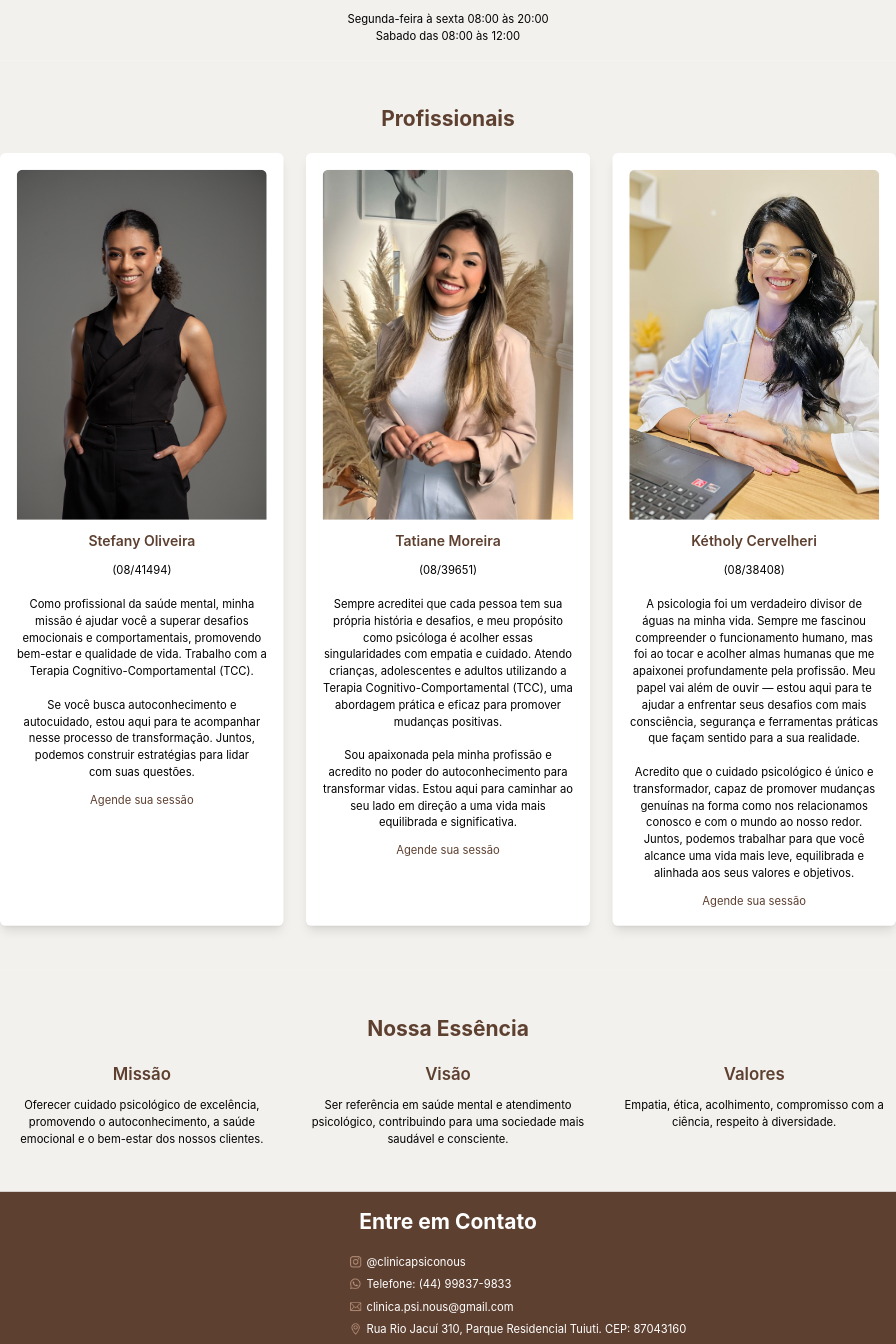
Repository: Mcervelheri/Nous
Page: /
These files come from the project's save history. The page is drawn as it stood at one moment and after the next save; the edit follows.
The browser window is 1280 px wide. The pictures show the part of the page from y = 1341 to 3261 px (the page is 3534 px tall), at 70% of full size.
The project was rebuilt for these pictures with package versions that can differ from the ones it lists, and the page was loaded fresh each time. Also part of the build but not shown: vite.config.js.

Above is the page before, as saved 2025-02-22 00:10:11.

### index.html
<!DOCTYPE html>
<html lang="en">
  <head>
    <meta charset="UTF-8" />
    <link rel="icon" type="image/svg+xml" href="/src/assets/logos/NOUS.png" />
    <meta name="viewport" content="width=device-width, initial-scale=1.0" />
    <title>Clínica NOUS</title>
  </head>
  <body>
    <div id="root"></div>
    <script type="module" src="/src/main.jsx"></script>
  </body>
</html>

### src/index.css
* {
  margin: 0;
  padding: 0;
  box-sizing: border-box;
}

@media (min-width: 768px) {
  .menu {
    display: flex !important;
  }

  .img_meninas {
    height: 500px;
  }
}

@media (max-width: 768px) {
  .img_meninas {
    height: 500px;
  }

  .inicio {
    flex-direction: column;
  }
}

@media (max-width: 570px) {
  .inicio p {
    text-align: center;
    font-size: 14px;
  }
}

html,
body {
  height: 100%;
  margin: 0;
  padding: 0;
}

#root {
  min-height: 100%;
  display: flex;
  flex-direction: column;
}

main {
  flex: 1;
  padding-bottom: 100px;
  /* Espaço suficiente para o footer */
}

footer {
  flex-shrink: 0;
  /* Isso impede que o footer encolha */
}

body {
  margin: 0;
  font-family: -apple-system, BlinkMacSystemFont, "Segoe UI", "Roboto", "Oxygen",
    "Ubuntu", "Cantarell", "Fira Sans", "Droid Sans", "Helvetica Neue",
    sans-serif;
  -webkit-font-smoothing: antialiased;
  -moz-osx-font-smoothing: grayscale;
}

code {
  font-family: source-code-pro, Menlo, Monaco, Consolas, "Courier New",
    monospace;
}

.map-container {
  height: 100%;
  width: 100%;
}

@tailwind base;
@tailwind components;
@tailwind utilities;

### src/App.jsx
import Footer from "./components/Footer";
import Header from "./components/Header";
import Main from "./components/Main";

function App() {
  return (
    <>
      <Header />
      <Main />
      <Footer />
    </>
  );
}

export default App;

### src/components/Footer.jsx
import React from "react";
import FooterLinksList from "./FooterLinksList";
import Map from "./Map";
import CopyWrite from "./CopyWrite";

const Footer = () => {
  return (
    <footer
      id="contato"
      className="bg-[#5e4031] text-white pt-6 mt-auto relative z-20"
    >
      <div className="container mx-auto flex flex-col items-center text-center">
        <div>
          <h2 className="text-3xl font-bold mb-6">Entre em Contato</h2>
          <FooterLinksList />
          <a
            href="/formulario"
            className="bg-[#bb947e] text-white px-6 py-3 rounded-lg hover:bg-[#c79165]"
          >
            Agende sua sessão
          </a>
        </div>
        <Map />
      </div>
      <CopyWrite />
    </footer>
  );
};

export default Footer;

### src/components/Header.jsx
import "react";
import { useState } from "react";
import NavLogo from "./NavLogo";
import HamburgerButton from "./HamburgerButton.jsx";
import NavLinks from "./NavLinks";
import logoNous from "/src/assets/logos/logo-nous.png";

const Header = () => {
  const [isOpen, setIsOpen] = useState(false);

  return (
    <nav className="bg-white w-full fixed z-30">
      <div className="max-w-7xl mx-auto px-4 sm:px-6 lg:px-8">
        <div className="flex justify-between items-center h-16">
          <NavLogo logoSrc={logoNous} alt="Logo NOUS" />
          <HamburgerButton isOpen={isOpen} onClick={() => setIsOpen(!isOpen)} />
          <NavLinks isOpen={isOpen} />
        </div>
      </div>
    </nav>
  );
};

export default Header;

### src/components/Main.jsx
import "react";
import Home from "./Home";
import About from "./About";
import Informations from "./Informations";
import Professionals from "./Professionals";
import Essence from "./Essence";

const Main = () => {
  return (
    <>
      <Home />
      <About />
      <Informations />
      <Professionals />
      <Essence />
    </>
  );
};

export default Main;

### src/components/FooterLinksList.jsx
import React from "react";
import FooterLinkData from "./FooterLinkData";
import FooterLink from "./FooterLink";

const FooterLinksList = () => {
  return (
    <div className="mb-4 lg:ml-48 md:ml-48">
      {FooterLinkData.map((FooterLinksList, index) => (
        <FooterLink key={index} {...FooterLinksList} />
      ))}
    </div>
  );
};

export default FooterLinksList;

### src/components/Map.jsx
import React from "react";

const Map = () => {
  return (
    <div className="map-container mt-6 flex justify-center">
      <iframe
        src="https://www.google.com/maps/embed?pb=!1m18!1m12!1m3!1d3661.7272371990225!2d-51.90296751489406!3d-23.39808284194116!2m3!1f0!2f0!3f0!3m2!1i1024!2i768!4f13.1!3m3!1m2!1s0x94ecd10509058b2f%3A0x8e8996fb5f8ad129!2sR.%20Rio%20Jacu%C3%AD%2C%20310%20-%20Conj.%20Res.%20Branca%20Vieira%2C%20Maring%C3%A1%20-%20PR%2C%2087043-160!5e0!3m2!1spt-BR!2sbr!4v1737847076201!5m2!1spt-BR!2sbr"
        width="100%"
        style={{ border: 0 }}
        allowFullScreen=""
        loading="lazy"
        referrerPolicy="no-referrer-when-downgrade"
      ></iframe>
    </div>
  );
};

export default Map;

### src/components/CopyWrite.jsx
import React from "react";

const CopyWrite = () => {
  return (
    <div className="bg-[#bb947e] text-white text-center mt-6 text-sm">
      <p>&copy; 2025 Todos os direitos reservados.</p>
      <p>Desenvolvido por: Matheus Cervelheri</p>
    </div>
  );
};

export default CopyWrite;

### src/components/NavLogo.jsx
import React from "react";

const NavLogo = ({ logoSrc, alt }) => (
  <div>
    <a href="#inicio">
      <img src={logoSrc} alt={alt} className="h-16" />
    </a>
  </div>
);

export default NavLogo;

### src/components/HamburgerButton.jsx
import React from "react";

const HamburgerButton = ({ isOpen, onClick }) => {
  return (
    <button
      className="relative flex flex-col justify-between w-10 h-10 p-2 md:hidden"
      onClick={onClick}
    >
      <span
        className={`block w-8 h-1 bg-[#5e4031] rounded transition-all duration-300 ease-in-out ${
          isOpen ? "rotate-45 translate-y-2.5" : ""
        }`}
      ></span>
      <span
        className={`block w-8 h-1 bg-[#5e4031] rounded transition-all duration-300 ease-in-out ${
          isOpen ? "opacity-0" : ""
        }`}
      ></span>
      <span
        className={`block w-8 h-1 bg-[#5e4031] rounded transition-all duration-300 ease-in-out ${
          isOpen ? "-rotate-45 -translate-y-2.5" : ""
        }`}
      ></span>
    </button>
  );
};

export default HamburgerButton;

### src/components/NavLinks.jsx
import React from "react";
import NavLink from "./NavLink";

const NavLinks = ({ isOpen }) => {
  const links = [
    { href: "#inicio", label: "Início" },
    { href: "#sobre", label: "Sobre" },
    { href: "#profissionais", label: "Profissionais" },
    { href: "#missao", label: "Missão" },
    { href: "#contato", label: "Agende", isButton: true },
  ];

  return (
    <div
      className={`
      absolute right-0 transform transition-all duration-300 ease-in-out
      md:flex md:items-center md:space-x-6 rounded-b-[1vw] menu
      ${
        isOpen
          ? "opacity-100 visible top-16 bg-white shadow-md z-10"
          : "opacity-0 invisible -top-96 md:visible md:opacity-100 md:static"
      }
    `}
    >
      {links.map((link) => (
        <NavLink key={link.href} href={link.href} isButton={link.isButton}>
          {link.label}
        </NavLink>
      ))}
    </div>
  );
};

export default NavLinks;

### src/components/Home.jsx
import "react";
import logoGrande from "/src/assets/logos/logo-nous-grande.png";

const Home = () => {
  return (
    <div id="inicio" className="relative h-screen">
      <div className="inicio fixed inset-0 flex items-center bg-[#bb947e] justify-center z-10 pointer-events-none">
        <div className="max-w-xl">
          <img src={logoGrande} alt="NOUS " className="img_inicio object-fit" />
        </div>
        <p className="text-xl max-w-2xl text-black mx-auto">
          Reconheça, compreenda, transforme-se.
        </p>
      </div>
    </div>
  );
};

export default Home;

### src/components/About.jsx
import React from "react";

const Sobre = () => {
  return (
    <div id="sobre" className="relative bg-[#f3f1ed] py-16 z-20">
      <div className="container mx-auto text-center">
        <h2 className="text-3xl font-bold mb-6 text-[#5e4031]">
          NOUS: Significado
        </h2>
        <p className="max-w-2xl mx-auto text-lg">
          O nome Nous vem do grego antigo e significa “mente”, “inteligência” ou
          “razão”. Na filosofia grega, Nous é a razão divina que governa o
          universo, trazendo ordem e harmonia ao cosmos. Para nós, esse conceito
          simboliza a importância do autoconhecimento e da inteligência
          emocional no cuidado com a saúde mental.
          <br></br>
          <br></br>
          Em nossa clínica, Nous representa nossa missão de cuidar da mente e
          promover o equilíbrio através da razão e do entendimento profundo dos
          sentimentos e pensamentos.
        </p>
      </div>
    </div>
  );
};

export default Sobre;

### src/components/Informations.jsx
import React from "react";

const Information = () => {
  return (
    <div id="Informacoes" className="relative bg-[#f3f1ed] py-6 z-20">
      <div className="container mx-auto text-center">
        <h2 className="text-3xl font-bold mb-6 text-[#5e4031]">
          Publico atendido
        </h2>
        <p className="max-w-2xl mx-auto text-lg">
          Crianças, adolescentes e adultos.
        </p>
        <br></br>
        <h2 className="text-3xl font-bold mb-6 text-[#5e4031]">Horários</h2>
        <p>Segunda-feira à sexta 08:00 às 20:00</p>
        <p>Sabado das 08:00 às 12:00</p>
      </div>
    </div>
  );
};

export default Information;

### src/components/Professionals.jsx
import React from "react";
import ProfessionalsList from "./ProfessionalsList";

const Professionals = () => {
  return (
    <>
      <div id="profissionais" className="relative bg-[#f3f1ed] py-16 z-20">
        <div className="container mx-auto text-center">
          <h2 className="text-3xl font-bold mb-8 text-[#5e4031]">
            Profissionais
          </h2>
          <ProfessionalsList />
        </div>
      </div>
    </>
  );
};

export default Professionals;

### src/components/Essence.jsx
import React from "react";
import EssenceList from "./EssenceList";

const Mission = () => {
  return (
    <div id="missao" className="py-16 relative bg-[#f3f1ed] z-20">
      <div className="container mx-auto text-center">
        <h2 className="text-3xl font-bold mb-8 text-[#5e4031]">
          Nossa Essência
        </h2>
        <div className="grid md:grid-cols-3 gap-8">
          <EssenceList />
        </div>
      </div>
    </div>
  );
};

export default Mission;

### src/components/FooterLinkData.jsx
import React from "react";
import instagram from "/src/assets/icones/instagram.png";
import whatsapp from "/src/assets/icones/whatsapp.png";
import mail from "/src/assets/icones/email.png";
import address from "/src/assets/icones/endereco.png";

const FooterLinkData = [
  {
    href: "https://www.instagram.com/clinicapsiconous",
    src: instagram,
    alt: "Instagram",
    description: "@clinicapsiconous",
  },
  {
    href: "https://wa.me/554498379833",
    src: whatsapp,
    alt: "Whatsapp",
    description: "Telefone: (44) 99837-9833",
  },
  {
    href: "mailto:clinica.psi.nous@gmail.com",
    src: mail,
    alt: "Email",
    description: "clinica.psi.nous@gmail.com",
  },
  {
    href: "https://maps.app.goo.gl/mNjhGvmNRAyKF6jt9",
    src: address,
    alt: "Endereço",
    description: "Rua Rio Jacuí 310, Parque Residencial Tuiuti. CEP: 87043160",
  },
];

export default FooterLinkData;

### src/components/FooterLink.jsx
import React from "react";

const FooterLink = ({ href, src, alt, description }) => {
  return (
    <a
      href={href}
      target="_blank"
      rel="noopener noreferrer"
      className="flex items-center justify-right"
    >
      <img src={src} alt={alt} className="m-2"></img>
      {description}
    </a>
  );
};

export default FooterLink;

### src/components/NavLink.jsx
import React from "react";

const NavLink = ({ href, children, isButton }) => {
  const baseClasses = "block px-4 py-2";
  const regularClasses = `${baseClasses} md:px-0 hover:text-[#bb947e]`;
  const buttonClasses = `${baseClasses} bg-[#bb947e] text-white px-4 py-2 rounded hover:bg-[#c79165]`;

  return (
    <a href={href} className={isButton ? buttonClasses : regularClasses}>
      {children}
    </a>
  );
};
export default NavLink;

### src/components/ProfessionalsList.jsx
import React from "react";
import Professional from "./Professional";
import professionalsData from "./ProfessionalsData";

const ProfessionalsList = () => {
  return (
    <div className="grid grid-cols-1 lg:grid-cols-3 gap-8">
      {professionalsData.map((professional, index) => (
        <Professional key={index} {...professional} />
      ))}
    </div>
  );
};

export default ProfessionalsList;

### src/components/EssenceList.jsx
import React from "react";
import EssenceItem from "./EssenceItem";
import EssenceItensData from "./EssenceItensData";

const EssenceList = () => {
  return (
    <>
      {EssenceItensData.map((item, index) => (
        <EssenceItem key={index} {...item} />
      ))}
    </>
  );
};

export default EssenceList;

### src/components/Professional.jsx
import React from "react";

const Professional = ({ img, name, crp, text1, text2 }) => {
  return (
    <div className="bg-white shadow-lg rounded-lg p-6 w-full">
      <div>
        <img
          src={img}
          alt={name}
          className="w-full img_meninas object-cover object-top rounded-t-lg"
        />
      </div>
      <h3 className="text-xl font-semibold my-4 text-[#5e4031]">{name}</h3>
      <p className="mb-4">
        ({crp})
        <br />
        <br />
        {text1}
        <br />
        <br />
        {text2}
      </p>
      <a href="#contato" className="text-[#5e4031] hover:underline">
        Agende sua sessão
      </a>
    </div>
  );
};

export default Professional;

### src/components/ProfessionalsData.jsx
import stefanyImg from "/src/assets/professionals/Stefany.jpg";
import tatianeImg from "/src/assets/professionals/Tatiane.jpg";
import ketholyImg from "/src/assets/professionals/Ketholy.jpg";

const professionalsData = [
  {
    img: stefanyImg,
    name: "Stefany Oliveira",
    crp: "08/41494",
    text1:
      "Como profissional da saúde mental, minha missão é ajudar você a superar desafios emocionais e comportamentais, promovendo bem-estar e qualidade de vida. Trabalho com a Terapia Cognitivo-Comportamental (TCC).",
    text2:
      "Se você busca autoconhecimento e autocuidado, estou aqui para te acompanhar nesse processo de transformação. Juntos, podemos construir estratégias para lidar com suas questões.",
  },
  {
    img: tatianeImg,
    name: "Tatiane Moreira",
    crp: "08/39651",
    text1:
      "Sempre acreditei que cada pessoa tem sua própria história e desafios, e meu propósito como psicóloga é acolher essas singularidades com empatia e cuidado. Atendo crianças, adolescentes e adultos utilizando a Terapia Cognitivo-Comportamental (TCC), uma abordagem prática e eficaz para promover mudanças positivas.",
    text2:
      "Sou apaixonada pela minha profissão e acredito no poder do autoconhecimento para transformar vidas. Estou aqui para caminhar ao seu lado em direção a uma vida mais equilibrada e significativa.",
  },
  {
    img: ketholyImg,
    name: "Kétholy Cervelheri",
    crp: "08/38408",
    text1:
      "A psicologia foi um verdadeiro divisor de águas na minha vida. Sempre me fascinou compreender o funcionamento humano, mas foi ao tocar e acolher almas humanas que me apaixonei profundamente pela profissão. Meu papel vai além de ouvir — estou aqui para te ajudar a enfrentar seus desafios com mais consciência, segurança e ferramentas práticas que façam sentido para a sua realidade.",
    text2:
      "Acredito que o cuidado psicológico é único e transformador, capaz de promover mudanças genuínas na forma como nos relacionamos conosco e com o mundo ao nosso redor. Juntos, podemos trabalhar para que você alcance uma vida mais leve, equilibrada e alinhada aos seus valores e objetivos.",
  },
];

export default professionalsData;

### src/components/EssenceItem.jsx
import React from "react";

const EssenceItem = ({ item, text }) => {
  return (
    <div>
      <h3 className="text-2xl font-semibold mb-4 text-[#5e4031]">{item}</h3>
      <p>{text}</p>
    </div>
  );
};

export default EssenceItem;

### src/components/EssenceItensData.jsx
import React from "react";

const EssenceItensData = [
  {
    item: "Missão",
    text: "Oferecer cuidado psicológico de excelência, promovendo o autoconhecimento, a saúde emocional e o bem-estar dos nossos clientes.",
  },
  {
    item: "Visão",
    text: "Ser referência em saúde mental e atendimento psicológico, contribuindo para uma sociedade mais saudável e consciente.",
  },
  {
    item: "Valores",
    text: "Empatia, ética, acolhimento, compromisso com a ciência, respeito à diversidade.",
  },
];

export default EssenceItensData;

Loaded but not shown: src/main.jsx (common file); tailwind.config.js (common file)

After the next save:
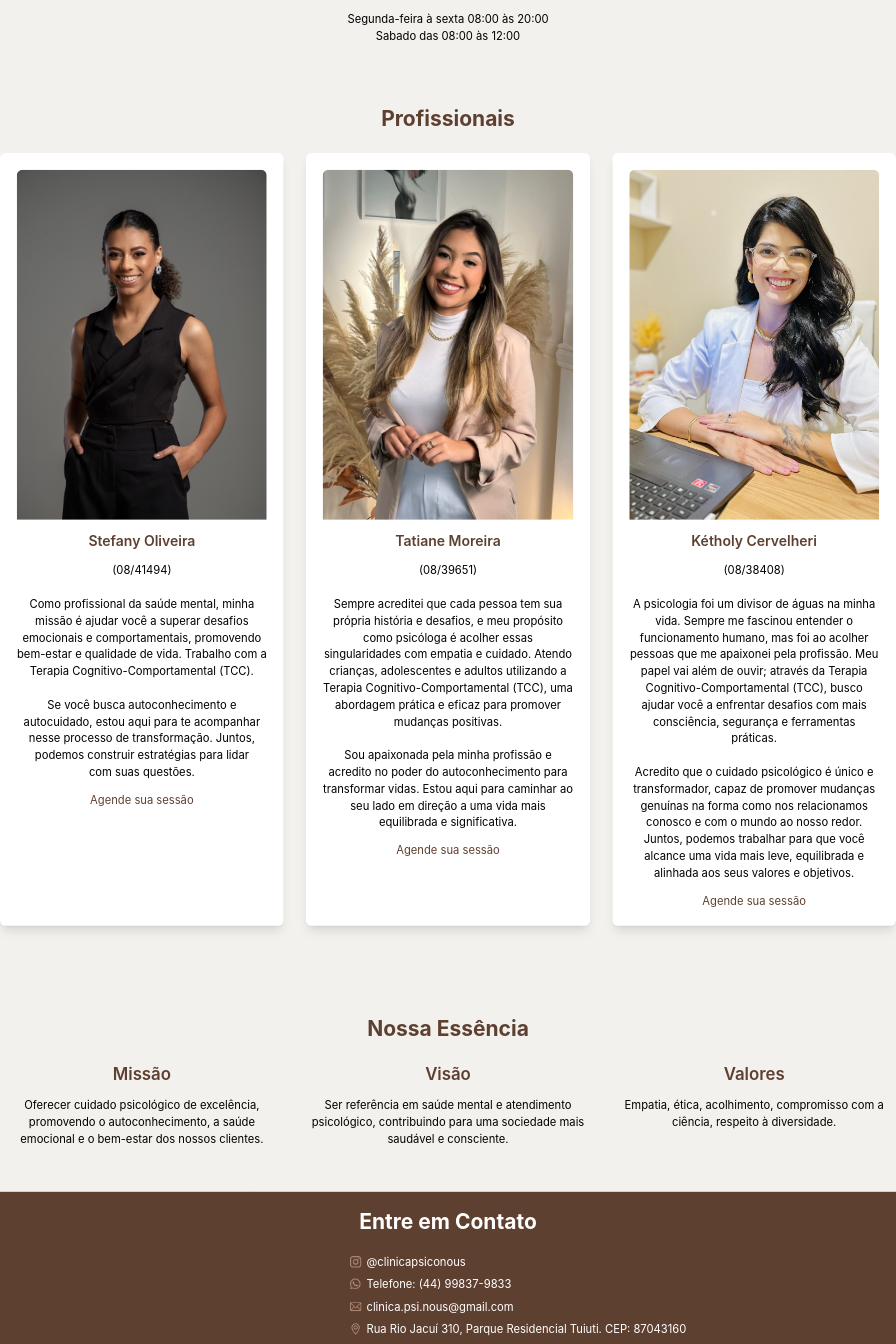
Saved 11 days later.
--- a/src/components/ProfessionalsData.jsx
+++ b/src/components/ProfessionalsData.jsx
@@ -26,7 +26,7 @@ const professionalsData = [
     name: "Kétholy Cervelheri",
     crp: "08/38408",
     text1:
-      "A psicologia foi um verdadeiro divisor de águas na minha vida. Sempre me fascinou compreender o funcionamento humano, mas foi ao tocar e acolher almas humanas que me apaixonei profundamente pela profissão. Meu papel vai além de ouvir — estou aqui para te ajudar a enfrentar seus desafios com mais consciência, segurança e ferramentas práticas que façam sentido para a sua realidade.",
+      "A psicologia foi um divisor de águas na minha vida. Sempre me fascinou entender o funcionamento humano, mas foi ao acolher pessoas que me apaixonei pela profissão. Meu papel vai além de ouvir; através da Terapia Cognitivo-Comportamental (TCC), busco ajudar você a enfrentar desafios com mais consciência, segurança e ferramentas práticas.",
     text2:
       "Acredito que o cuidado psicológico é único e transformador, capaz de promover mudanças genuínas na forma como nos relacionamos conosco e com o mundo ao nosso redor. Juntos, podemos trabalhar para que você alcance uma vida mais leve, equilibrada e alinhada aos seus valores e objetivos.",
   },
